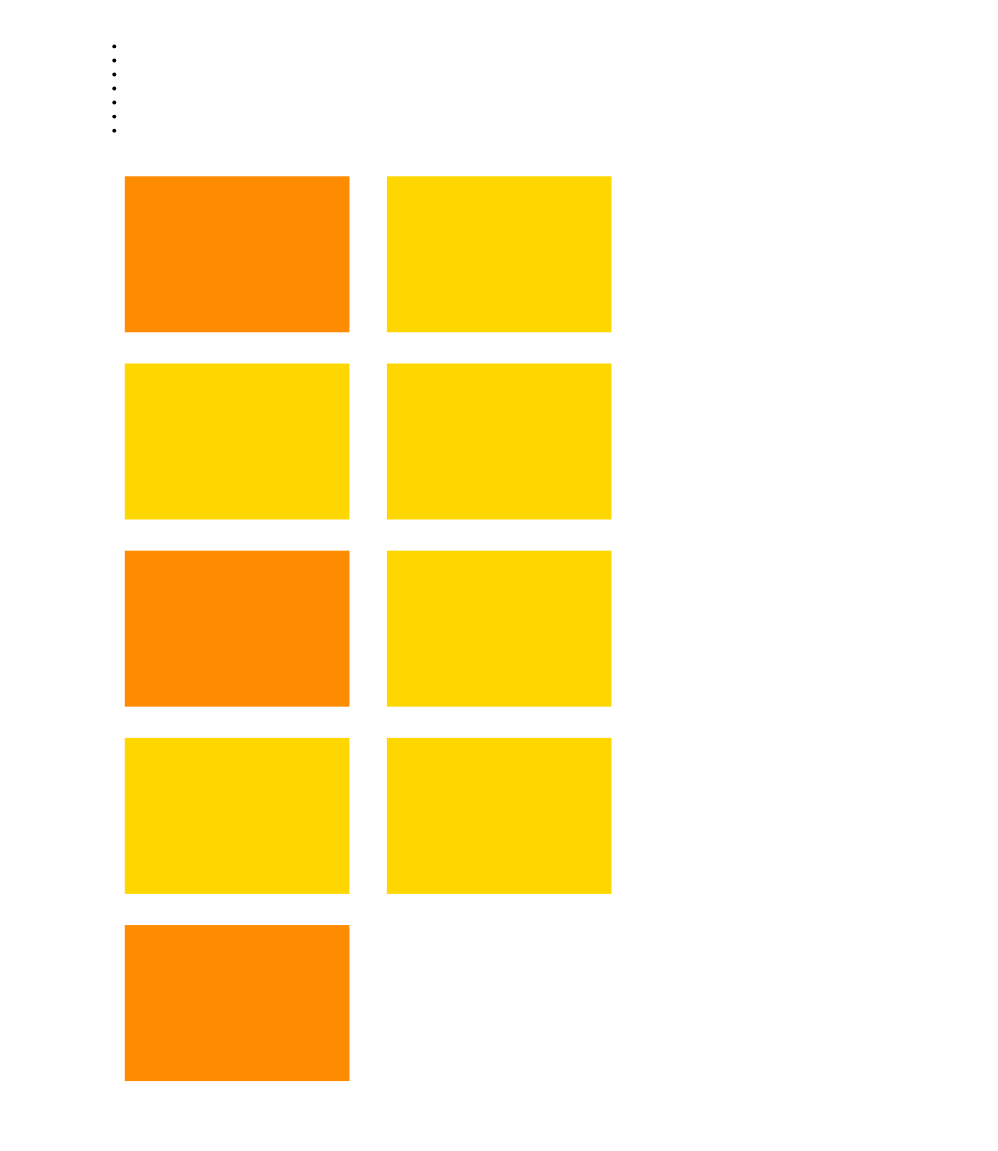
Repository: 825814/caravan2
Page: chapter8/index.html
The author's editor kept a record of every edit. The page is drawn from the files as they stood at one moment, then again after the next edit.
The browser window is 1280 px wide. The pictures show the whole page, at 78% of full size.

Above is the page before.

After the next edit:
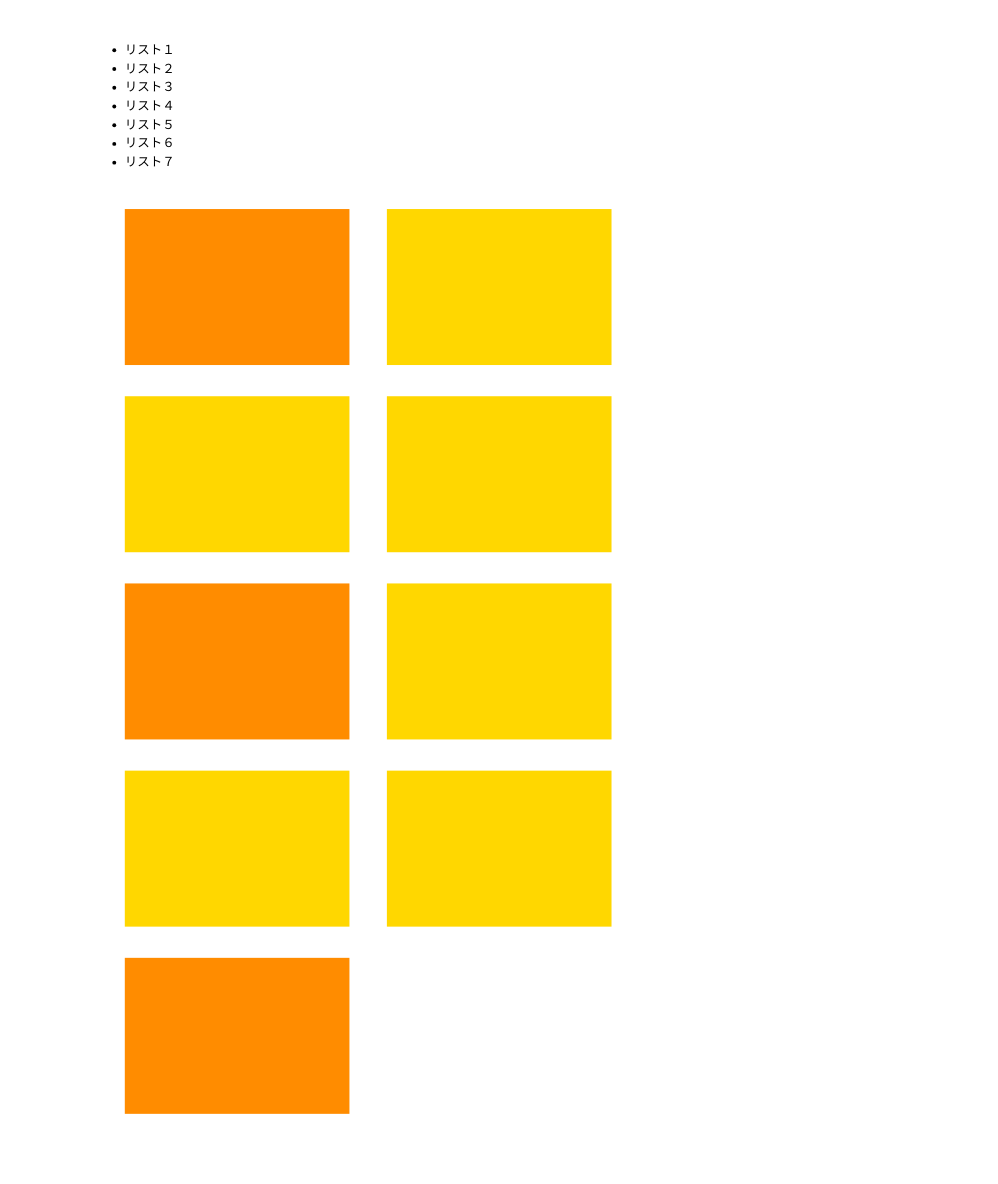
The edit:
--- a/chapter8/index.html
+++ b/chapter8/index.html
@@ -8,13 +8,13 @@
   <body>
     <main>
       <ul class="item-list">
-        <li></li>
-        <li></li>
-        <li></li>
-        <li></li>
-        <li></li>
-        <li></li>
-        <li></li>
+        <li>リスト１</li>
+        <li>リスト２</li>
+        <li>リスト３</li>
+        <li>リスト４</li>
+        <li>リスト５</li>
+        <li>リスト６</li>
+        <li>リスト７</li>
       </ul>
       <div class="box-list">
         <div class="box"></div>
